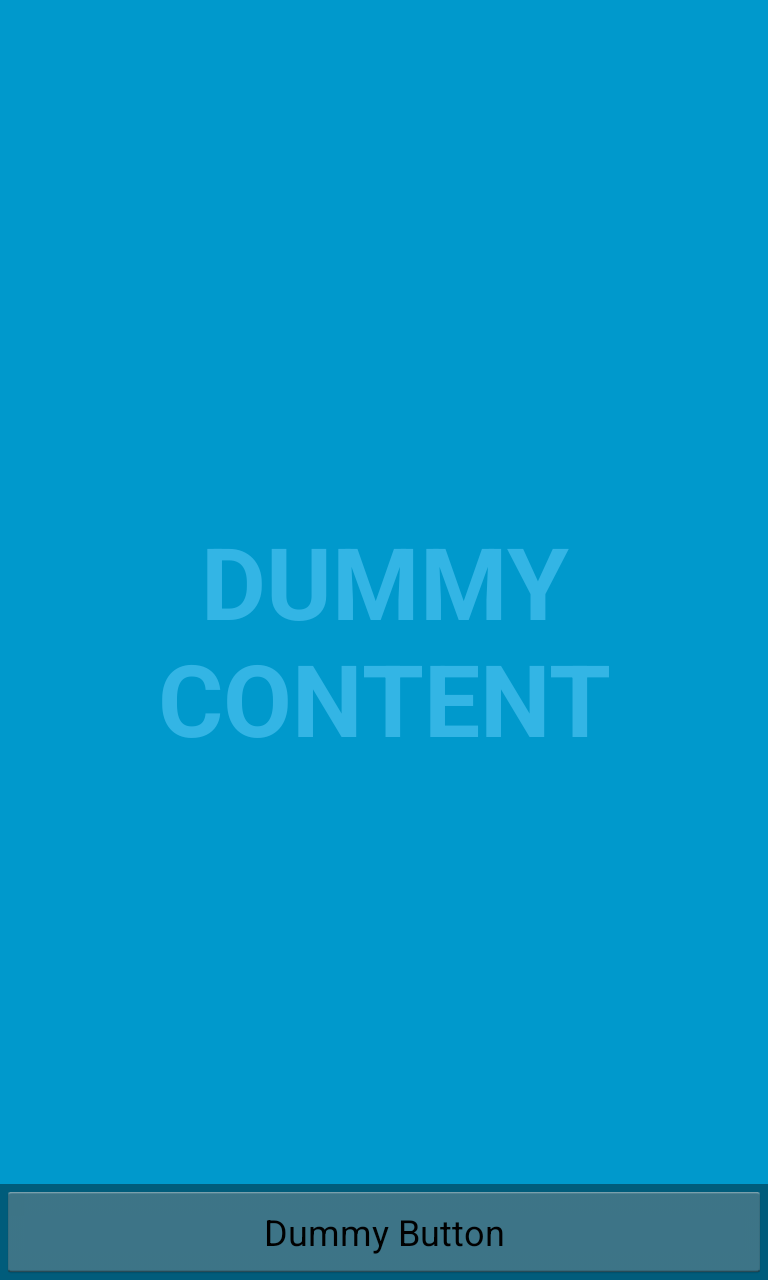
Repository: anuragawasthi89/AndroidImageProcessing
Layout: CVProcessor/res/layout/activity_main_window.xml
The author's editor kept a copy of each file at every save. The layout is drawn from the files as they stood at one save, then again after the next save.
It is drawn on a 768 x 1280 px phone screen (xhdpi) without system bars, with theme AppTheme; the app's code is not run.

Above is the layout before, as saved 2014-02-07 18:44:16.

### CVProcessor/res/layout/activity_main_window.xml
<FrameLayout xmlns:android="http://schemas.android.com/apk/res/android"
    xmlns:tools="http://schemas.android.com/tools"
    android:layout_width="match_parent"
    android:layout_height="match_parent"
    android:background="#0099cc"
    tools:context=".MainWindow" >

    <TextView
        android:id="@+id/fullscreen_content"
        android:layout_width="match_parent"
        android:layout_height="match_parent"
        android:gravity="center"
        android:keepScreenOn="true"
        android:text="@string/dummy_content"
        android:textColor="#33b5e5"
        android:textSize="50sp"
        android:textStyle="bold" />

    <!--
         This FrameLayout insets its children based on system windows using
         android:fitsSystemWindows.
    -->

    <FrameLayout
        android:layout_width="match_parent"
        android:layout_height="match_parent"
        android:fitsSystemWindows="true" >

        <LinearLayout
            android:id="@+id/fullscreen_content_controls"
            style="?buttonBarStyle"
            android:layout_width="match_parent"
            android:layout_height="wrap_content"
            android:layout_gravity="bottom|center_horizontal"
            android:background="@color/black_overlay"
            android:orientation="horizontal"
            tools:ignore="UselessParent" >

            <Button
                android:id="@+id/exit_button"
                style="?buttonBarButtonStyle"
                android:layout_width="0dp"
                android:layout_height="wrap_content"
                android:layout_weight="1"
                android:text="@string/exit_button" />
        </LinearLayout>
    </FrameLayout>

</FrameLayout>

### CVProcessor/res/values/strings.xml
<?xml version="1.0" encoding="utf-8"?>
<resources>

    <string name="app_name">CV Processor</string>
    <string name="exit_button">Dummy Button</string>
    <string name="dummy_content">DUMMY\nCONTENT</string>

</resources>

Loaded but not shown: CVProcessor/res/values/styles.xml (common file); CVProcessor/res/values-v11/styles.xml (common file); CVProcessor/res/values-v14/styles.xml (common file); CVProcessor/res/values/colors.xml (common file)

After the next save:
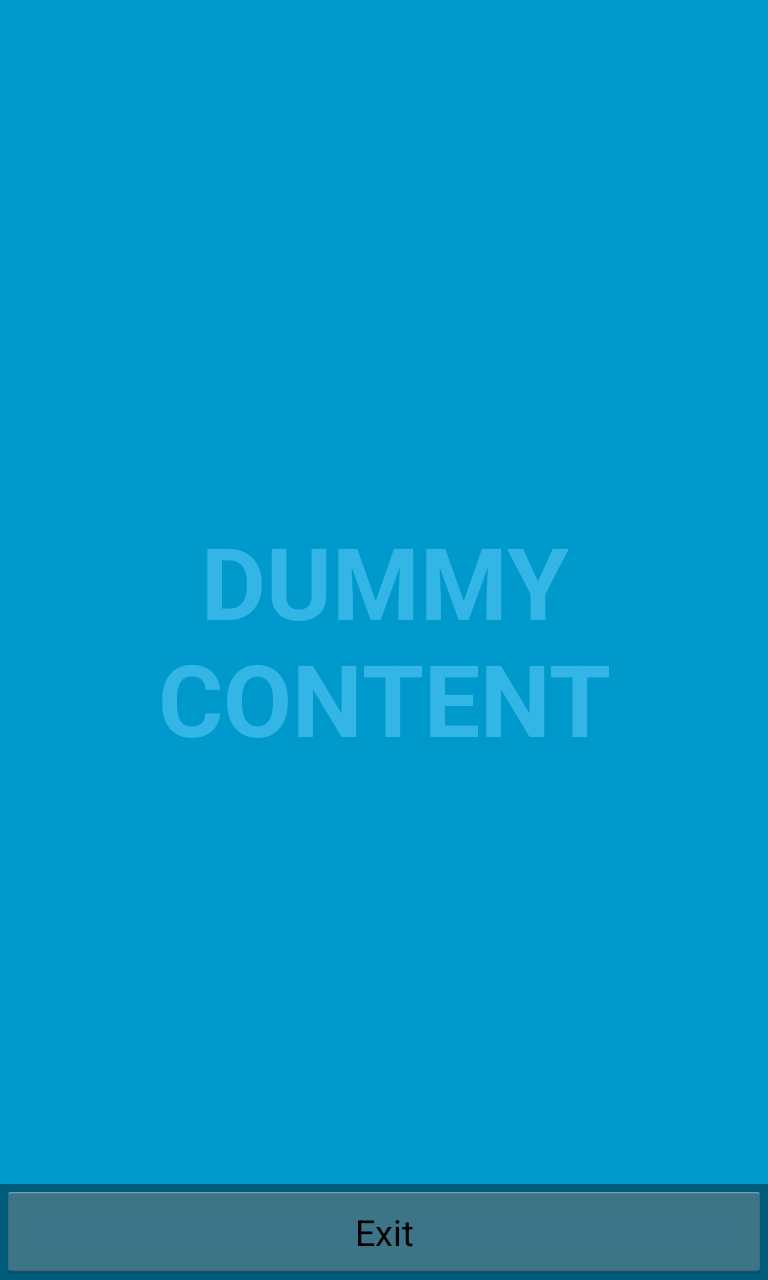
Saved 7 s later.
--- a/CVProcessor/res/values/strings.xml
+++ b/CVProcessor/res/values/strings.xml
@@ -2,7 +2,7 @@
 <resources>
 
     <string name="app_name">CV Processor</string>
-    <string name="exit_button">Dummy Button</string>
+    <string name="exit_button">Exit</string>
     <string name="dummy_content">DUMMY\nCONTENT</string>
 
 </resources>
